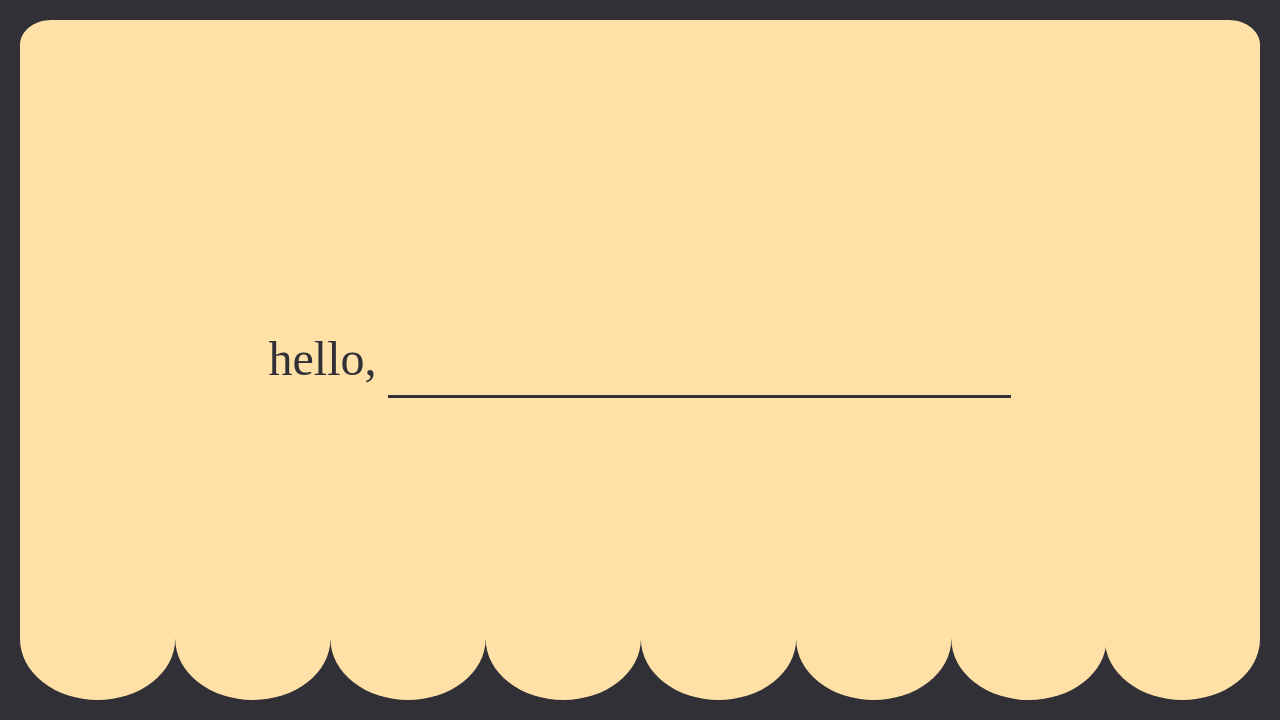
Repository: zhangolivia7/rot-recovery
Page: /
An editor plug-in stored every save of this project. The page is shown before and after the next save, followed by the edit.
The browser window is 1280 px wide. The pictures show the whole page.
Some web fonts or font styles are not loaded; a fallback is used. The project was rebuilt for these pictures with package versions that can differ from the ones it lists, and the page was loaded fresh each time. The framework's server and built-in components were replaced by stand-ins that run in the browser. Also part of the build but not shown: next.config.ts.

Above is the page before, as saved 2025-03-29 18:08:47.

### src/app/layout.tsx
import type { Metadata } from "next";
import { Geist, Geist_Mono } from "next/font/google";
import "./globals.css";

const geistSans = Geist({
  variable: "--font-geist-sans",
  subsets: ["latin"],
});

const geistMono = Geist_Mono({
  variable: "--font-geist-mono",
  subsets: ["latin"],
});

export const metadata: Metadata = {
  title: "Rot Recovery",
  description: "it's comeback time.",
};

export default function RootLayout({
  children,
}: Readonly<{
  children: React.ReactNode;
}>) {
  return (
    <html lang="en">
      <body
        className={`${geistSans.variable} ${geistMono.variable} antialiased`}
      >
        {children}
      </body>
    </html>
  );
}

### src/app/page.tsx
'use client'
import { SetStateAction, useState } from "react";
import { useWindowSize } from 'react-use';
import Confetti from 'react-confetti-boom';

export default function Home() {
  const [name, setName] = useState("");
  const [tasks, setTasks] = useState<{ id: number; text: string }[]>([]);
  const [timeframe, setTimeframe] = useState("");
  const [newTask, setNewTask] = useState("");
  const [schedule, setSchedule] = useState<string>(""); //store groqAPI response
  const [loading, setLoading] = useState<boolean>(false);

  // Update name
  const updateName = (e: React.ChangeEvent<HTMLInputElement>) => {
    setName(e.target.value);
    console.log(name);
  };

  // Update task text
  const updateTaskText = (id: number, text: string) => {
    setTasks(tasks.map(task => (task.id === id ? { ...task, text } : task)));
  };

  // Delete a task
  const deleteTask = (id: number) => {
    setTasks(tasks.filter(task => task.id !== id));
  };

  // Add new task when Enter is pressed
  const handleKeyDown = (e: React.KeyboardEvent<HTMLInputElement>) => {
    if (e.key === "Enter" && newTask.trim() !== "") {
      setTasks([...tasks, { id: Date.now(), text: newTask }]);
      setNewTask("");
    }
  };

  // Send tasks and timeframe to ChatGPT API and update schedule
  const handleSubmit = async () => {
    if (tasks.length === 0 || timeframe.trim() === "") {
      alert("Please enter tasks and a timeframe.");
      return;
    }

    setLoading(true); // Show loading state

    // Prepare message for Groq
    var prompt = "";

    if (name.toLowerCase() === "leslie") {
      prompt = `ALWAYS USE <b> IF YOU NEED TO BOLD YOUR RESPONSES!!! DO NOT USE DOUBLE ASTERICKS\nHey! You're talking to my friend ${name}, who's been bedrotting and has ${timeframe} to get back on track! Here's what ${name} has to get done':\n` +
        tasks.map((task, index) => `${index + 1}. ${task.text}`).join("\n") +
        `\n\nShe REALLY likes Hatsune Miku, so pretending you're Hatsune Miku and including Hatsune Miku references, give them a structured, realistic schedule based on the current time and amount of time they have to work in this schedule format:\n[Introduction message (make sure you introduce yourself as Hatsune Miku)]\n[00:00-##:##: <b>Task</b>, bit of encouragement and tips on how to complete the task well] and repeat this structure. Here's an example: <b>[Greeting]</b>\n\nHere's your customized schedule: \n\n<b>00:00-00:30: Finish Math Homework,</b> Leslie-chan! Take a deep breath and dive into your math problems. Focus on one question at a time, and make sure you understand each concept before moving on to the next. You got this!\n\n<b>00:30-01:15: Watch Algorithms Class Lecture.</b> Take a short break to grab a snack or stretch, and then settle in to watch your lecture. Take notes on important points, and don't hesitate to pause the video if you need to review something.\n\n<b>01:15-03:00: Study for Linear Algebra Test.</b> You're almost there, Leslie-chan! Review your notes and textbook, and try to summarize key concepts in your own words. Make flashcards or create a concept map to help you visualize the material.\n\n[Closing message with Hatsune Miku references]`;
    } else {
      prompt = `ALWAYS USE <b> IF YOU NEED TO BOLD YOUR RESPONSES!!! DO NOT USE DOUBLE ASTERICKS. Hey! You're talking to my friend ${name}, who's been bedrotting and has ${timeframe} to get back on track! Here's what ${name} has to get done':\n` +
        tasks.map((task, index) => `${index + 1}. ${task.text}`).join("\n") +
        `\n\nIn a fun, chill tone, give them a structured, realistic schedule based on the current time and amount of time they have to work in this schedule format:\n[Introduction message]\n<b>00:00-##:##: Task</b>, bit of encouragement and tips on how to complete the task well. Repeat this structure. Here's an example: <b>[Greeting]</b>\n\nHere's your customized schedule:\n\n<b>00:00-00:20: History Studying,</b> Let's get that history test prep started! Focus on reviewing your notes, making flashcards, and going over any tricky dates or events. You got this, Bob!\n\n<b>00:20-00:45: English Essay Brainstorm,</b> Time to get those creative juices flowing! Take 10-15 minutes to brainstorm ideas for your essay, then organize your thoughts into an outline. Remember, a solid outline will make the writing process so much smoother!\n\n<b>00:45-01:10: Math Homework</b>, Math homework can be a real challenge, but you're almost there! Focus on one problem at a time, and don't be afraid to take breaks if you get stuck. You've got this, Bob! You're so close to finishing!\n\n<b>01:10-02:00: Write That Essay,</b> It's time to put your thoughts into words! Take your outline and start writing that essay. Remember to stay focused, and don't worry too much about grammar or spelling at this stage. Just get your ideas down on paper!\n\n[Closing message]`;
    }

    try {
      const response = await fetch("/api/generate-schedule", {
        method: "POST",
        headers: { "Content-Type": "application/json" },
        body: JSON.stringify({ prompt }),
      });

      const data = await response.json();
      setSchedule(data.schedule); // Store response
    } catch (error) {
      console.error("Error fetching schedule:", error);
      setSchedule("Failed to generate schedule. Try again.");
    } finally {
      setLoading(false);
    }

    // Scroll to the schedule section
    document.getElementById("next-section")?.scrollIntoView({ behavior: "smooth" });
  };

  return (
    <div className={`h-screen snap-y snap-mandatory ${name.trim() === "" ? "overflow-hidden" : "overflow-y-scroll"}`}>
      {/* Section 1 */}
      <section id="sec1" className="h-screen flex justify-center items-center snap-start relative overflow-hidden">
        {/* SVG Background with exact 10px margin on all sides */}
        <div className="absolute top-[20px] left-[20px] right-[20px] bottom-[20px] z-0">
          <svg
            viewBox="0 0 1382 961"
            fill="none"
            xmlns="http://www.w3.org/2000/svg"
            className="w-full h-full"
            preserveAspectRatio="none"
          >
            <path d="M0 35C0 15.6701 15.67 0 35 0H1347C1366.33 0 1382 15.67 1382 35V875H0V35Z" fill="#FFE1A8" />
            <circle cx="86.5" cy="874.5" r="86.5" fill="#FFE1A8" />
            <circle cx="259.5" cy="874.5" r="86.5" fill="#FFE1A8" />
            <circle cx="432.5" cy="874.5" r="86.5" fill="#FFE1A8" />
            <circle cx="605.5" cy="874.5" r="86.5" fill="#FFE1A8" />
            <circle cx="778.5" cy="874.5" r="86.5" fill="#FFE1A8" />
            <circle cx="951.5" cy="874.5" r="86.5" fill="#FFE1A8" />
            <circle cx="1124.5" cy="874.5" r="86.5" fill="#FFE1A8" />
            <circle cx="1295.5" cy="874.5" r="86.5" fill="#FFE1A8" />
          </svg>
        </div>

        {/* Foreground content */}
        <main className="z-10 flex flex-col gap-[32px] row-start-2 items-center sm:items-start">
          <div id="s1">
            <h1>
              hello, <input type="text" id="helloText" value={name} onChange={updateName} />
            </h1>
          </div>
        </main>
      </section>


      {name.trim() !== "" && (
        <>
          {/* Section 2 */}
          <section className="h-screen flex flex-col items-center snap-start">
            <div id="sec2" className="w-full h-full flex flex-col justify-start items-center pt-0">
              {name.toLowerCase() === "leslie" ? (
                // Special SVG for Leslie
                <svg width="724" height="509" viewBox="0 0 724 509" fill="none" xmlns="http://www.w3.org/2000/svg">
                  <path d="M495 354.5C491.4 354.5 469.167 355.833 458.5 356.5L460 359L528.5 363L525.5 359C516.833 357.5 498.6 354.5 495 354.5Z" fill="#88D0C7" />
                  <path d="M558 413L503.5 434.5L547 451L586 425L558 413Z" fill="#8A8585" />
                  <circle cx="545.624" cy="378" r="25" fill="#FFE1A8" />
                  <path d="M336.624 363C375.024 348.6 487.291 357 538.624 363L542.624 397C534.624 399.667 512.224 405.4 486.624 407C461.024 408.6 347.957 445 294.624 463C271.124 474.333 212.524 497 166.124 497C108.124 497 48.1241 453 50.1241 463C51.7241 471 30.7908 497 20.1241 509C12.7908 504.333 -1.4759 491.8 0.124102 479C1.7241 466.2 26.1241 437.667 38.1241 425L156.124 449C144.791 428.333 128.924 382.2 156.124 363C190.124 339 288.624 381 336.624 363Z" fill="#FFE1A8" />
                  <path d="M455.601 453.39C444.301 452.836 398.096 425.701 378.624 407L412.829 390.125C421.464 391.114 453.014 384.686 455.601 396.594C458.836 411.478 493.917 434.314 524.131 436.079C554.345 437.844 558.339 448.801 544.659 456.342C530.98 463.883 469.726 454.083 455.601 453.39Z" fill="#FFE1A8" />
                  <path d="M529 359C505.167 359.167 455.8 360.1 449 362.5C440.5 365.5 408.5 380.5 403 386.5C397.5 392.5 387.5 398 385.5 406C383.9 412.4 384.833 415.333 385.5 416C381.167 412.5 372.8 404.1 374 398.5C375.423 391.858 379.997 387.017 382.597 386.539C380.62 386.631 375.704 386.944 375 388C374.2 389.2 373.333 390.833 373 391.5C373.167 386.667 374.9 376.1 380.5 372.5C387.5 368 403.5 358.5 417 357C430.5 355.5 463 353 473.5 353C484 353 521.5 357 524 357C526 357 528.167 358.333 529 359Z" fill="#88D0C7" />
                  <path d="M550 371.5C553.2 374.3 558.667 374.667 561 374.5L554 369.5L541 362H550C548 361 543 359 539 359C535 359 529.167 360.5 526.5 361.5C525.667 360.5 523.5 359 525.5 359C528 359 534.5 352.5 541 351.5C547.5 350.5 557 353 561 355C564.2 356.6 567.167 361 567.5 364C568.333 364.5 569 368.3 571 371.5C573.5 375.5 567 396 566 397C565 398 547.5 406.5 544 406.5C540.5 406.5 436.5 434 411 446C385.5 458 297 481.5 291.5 481C287.1 480.6 276.333 476.5 271.5 474.5C275.667 475.5 284.7 476.7 287.5 473.5C290.3 470.3 305.667 466.167 313 464.5H301C295 464.5 287.167 470.5 284 473.5C285.5 471 289.1 465.7 291.5 464.5C293.9 463.3 303.833 457.667 308.5 455C312 454.833 320.8 453.6 328 450C337 445.5 433 410.5 454.5 406.5C471.7 403.3 512.333 398.833 530.5 397C535 398.5 545.2 401.5 550 401.5C553.076 401.5 557.203 399.266 560.091 397.493C558.356 397.618 556.601 396.675 554 397C550.8 397.4 544 391.167 541 388H550C554.8 388 559.333 385.667 561 384.5C558.167 383.333 552 380.6 550 379C548 377.4 545.167 368.333 544 364C544.667 365.333 546.8 368.7 550 371.5Z" fill="#88D0C7" />
                  <path d="M724 -9L586 425L558 413L507.5 433L3 -9H724Z" fill="#F8F2EC" fill-opacity="0.5" />
                  <path d="M531.5 350L529 360.5L526 362L527.5 348L531.5 350Z" fill="#9C4066" />
                  <path d="M543 411.5L530 397.5V397L525.5 397.5L535 408.5L531 409.5L534 411.5H543Z" fill="#9C4066" />
                </svg>
              ) : (
                // Default SVG
                <svg width="724" height="509" viewBox="0 0 724 509" fill="none" xmlns="http://www.w3.org/2000/svg">
                  <path d="M558 413L503.5 434.5L547 451L586 425L558 413Z" fill="#8A8585" />
                  <circle cx="545.624" cy="378" r="25" fill="#FFE1A8" />
                  <path d="M336.624 363C375.024 348.6 487.291 357 538.624 363L542.624 397C534.624 399.667 512.224 405.4 486.624 407C461.024 408.6 347.957 445 294.624 463C271.124 474.333 212.524 497 166.124 497C108.124 497 48.1241 453 50.1241 463C51.7241 471 30.7908 497 20.1241 509C12.7908 504.333 -1.4759 491.8 0.124102 479C1.7241 466.2 26.1241 437.667 38.1241 425L156.124 449C144.791 428.333 128.924 382.2 156.124 363C190.124 339 288.624 381 336.624 363Z" fill="#FFE1A8" />
                  <path d="M455.601 453.39C444.301 452.836 398.096 425.701 378.624 407L412.829 390.125C421.464 391.114 453.014 384.686 455.601 396.594C458.836 411.478 493.917 434.314 524.131 436.079C554.345 437.844 558.339 448.801 544.659 456.342C530.98 463.883 469.726 454.083 455.601 453.39Z" fill="#FFE1A8" />
                  <path d="M724 -9L586 425L558 413L507.5 433L3 -9H724Z" fill="#F8F2EC" fillOpacity="0.5" />
                </svg>
              )}
              <h1 className="text-3xl mt-4">so you've been rotting...</h1>
            </div>
          </section>

          {/* Section 3 */}
          <section className="h-screen flex flex-col items-center justify-center snap-start">
            <div id="form">
              <h1 className="text-3xl">let's get back on track, {name}</h1>

              {/* Timeframe Input */}
              <input
                className="border p-2 w-80 mt-2"
                placeholder="Timeframe (e.g., 2 hours)"
                value={timeframe}
                onChange={(e) => setTimeframe(e.target.value)}
              />

              {/* To-Do List */}
              <div className="mt-4">
                <h2 className="text-lg font-bold">Enter your tasks</h2>
                <ul className="mt-3 space-y-2">
                  {tasks.map(task => (
                    <li key={task.id} className="flex items-center space-x-2">
                      <input
                        type="text"
                        value={task.text}
                        onChange={(e) => updateTaskText(task.id, e.target.value)}
                        className="border-b focus:outline-none bg-transparent w-full"
                      />
                      <button onClick={() => deleteTask(task.id)} className="text-lg">
                        ✕
                      </button>
                    </li>
                  ))}
                </ul>
              </div>

              {/* Add Task Input */}
              <input
                className="border p-2 w-80 mt-2"
                placeholder="Add a task and hit enter"
                value={newTask}
                onChange={(e) => setNewTask(e.target.value)}
                onKeyDown={handleKeyDown}
              />

              {/* Submit Button */}
              <button
                onClick={handleSubmit}
                className="mt-4 p-2 rounded-md"
              >
                {loading ? "Generating..." : "That's It"}
              </button>
            </div>
          </section>

          {/* Next Section - Display Schedule */}
          {schedule && (
            <section id="next-section" className="h-screen flex justify-center items-center snap-start">
              <div className="text-center max-w-xl">
                <h1 className="text-3xl mb-4">your schedule</h1>
                {loading ? (
                  <p className="text-lg">Generating your schedule...</p>
                ) : (
                  <p
                    className="whitespace-pre-wrap"
                    dangerouslySetInnerHTML={{ __html: schedule || "Your schedule will appear here." }}
                  />
                )}
              </div>
            </section>
          )}
        </>
      )}
    </div>
  );
}

### src/app/globals.css
@import url('https://fonts.googleapis.com/css2?family=Shrikhand&display=swap');
@import "tailwindcss";

@theme inline {
  --color-background: var(--background);
  --color-foreground: var(--foreground);
  --font-sans: var(--font-geist-sans);
  --font-mono: var(--font-geist-mono);
  --font-shrikhand: 'Shrikhand', cursive;
}

:root {
  --background: #303036;
  --foreground: #f1e4cc;
}

@media (prefers-color-scheme: dark) {
  :root {
    --background: #303036;
    --foreground: #f1e4cc;
  }
}

html {
  scroll-behavior: smooth;
}

.h-screen {
  height: 100vh;
}

.overflow-y-scroll {
  overflow-y: scroll;
}

.snap-y {
  scroll-snap-type: y mandatory;
}

.snap-start {
  scroll-snap-align: start;
}

body {
  background: var(--background);
  color: var(--foreground);
}

h1 {
  font-size: 3em;
}

#helloText {
  border-bottom: 3px solid var(--background);
}

#helloText:focus {
  outline: none;
}

#sec2 {
  display: flex;
  flex-direction: column;
  gap: 30px;
}

#form {
  display: flex;
  flex-direction: column;
  margin: 10px;
}

#s1 h1 {
  color: var(--background);
  font-family: var(--font-shrikhand);
}

#s1 input {
  font-family: "Times New Roman", Times, serif;
  font-weight: bold;
}

After the next save:
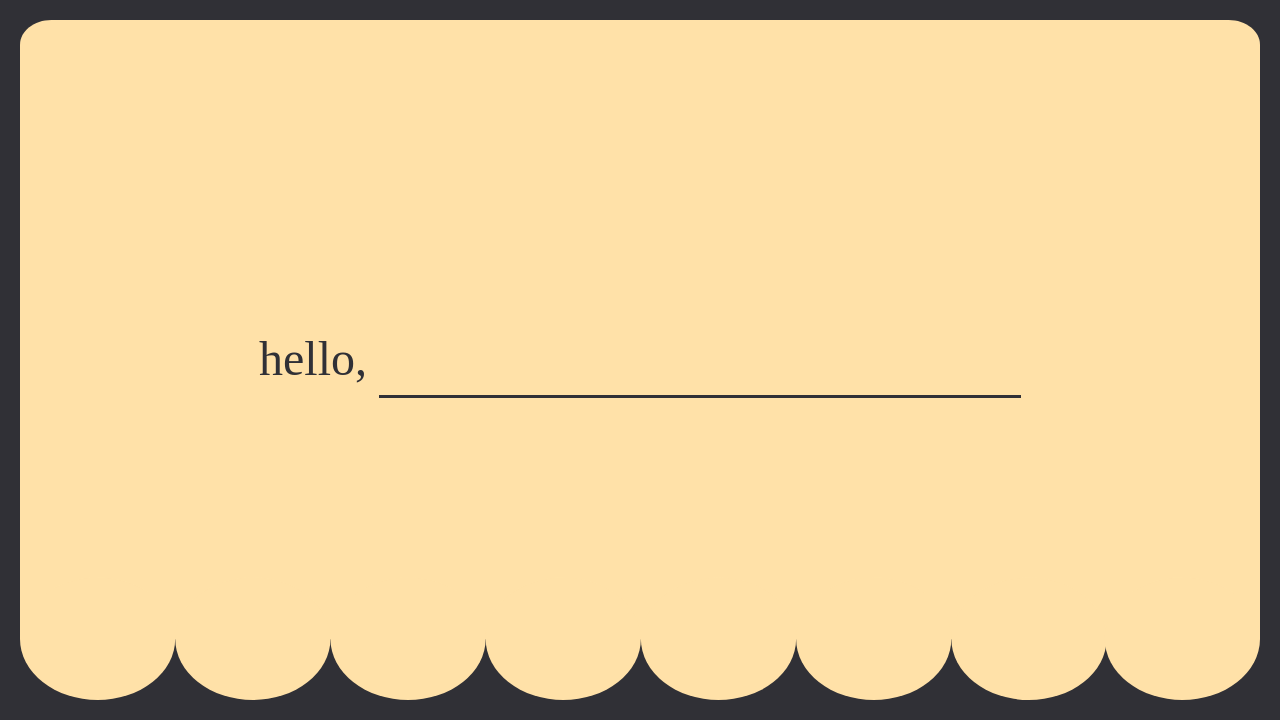
Saved 11 s later.
--- a/src/app/globals.css
+++ b/src/app/globals.css
@@ -76,6 +76,6 @@ h1 {
 }
 
 #s1 input {
-  font-family: "Times New Roman", Times, serif;
+  font-family: Arial, Helvetica, sans-serif;
   font-weight: bold;
 }
